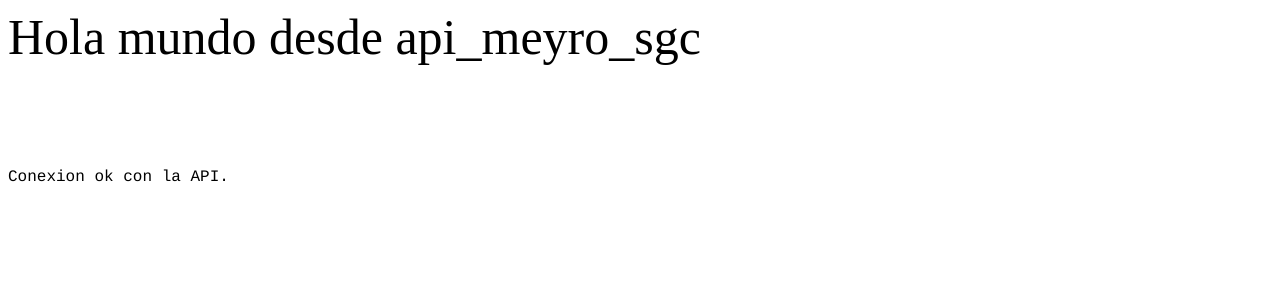
Repository: danieldebrito/api_meyro_sgc
Page: http://localhost/app/index.php
The author's editor kept a copy of each file at every save. The page is drawn from the files as they stood at one save, then again after the next save.
The browser window is 1280 px wide. The pictures show the whole page.
The page is run by PHP 8.4 with error messages shown; the project is at /var/www/html/.

Above is the page before, as saved 2019-08-30 11:35:33.

After the next save:
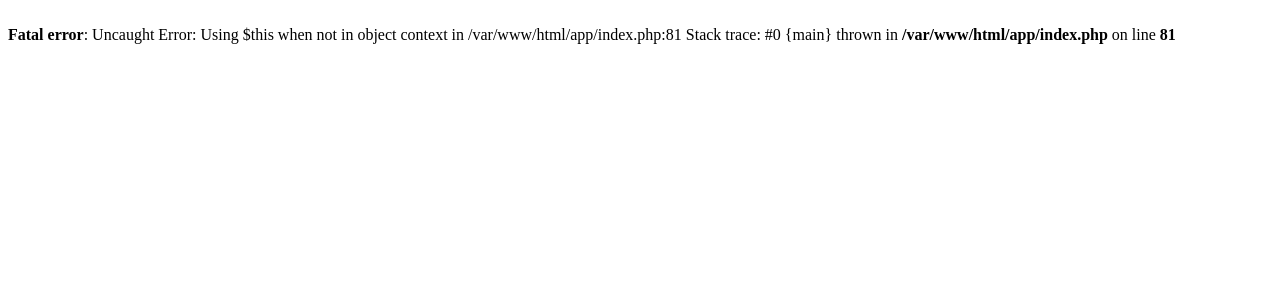
Saved 36 min 19 s later.
--- a/app/index.php
+++ b/app/index.php
@@ -78,4 +78,17 @@
           ->withHeader('Access-Control-Allow-Methods', 'GET, POST, PUT, DELETE, PATCH, OPTIONS');
 });
 
+if($this->request->is("options")){
+
+  $this->response->header('Access-Control-Allow-Origin','http://localhost:4200');
+  $this->response->header('Access-Control-Allow-Methods','*');
+  $this->response->header('Access-Control-Allow-Credentials', 'true');
+
+  $this->response->header('Access-Control-Allow-Headers','Content-Type, Authorization');
+
+  $this->response->send();
+
+  $this->_stop();
+}
+
 $app->run();

After the save that followed:
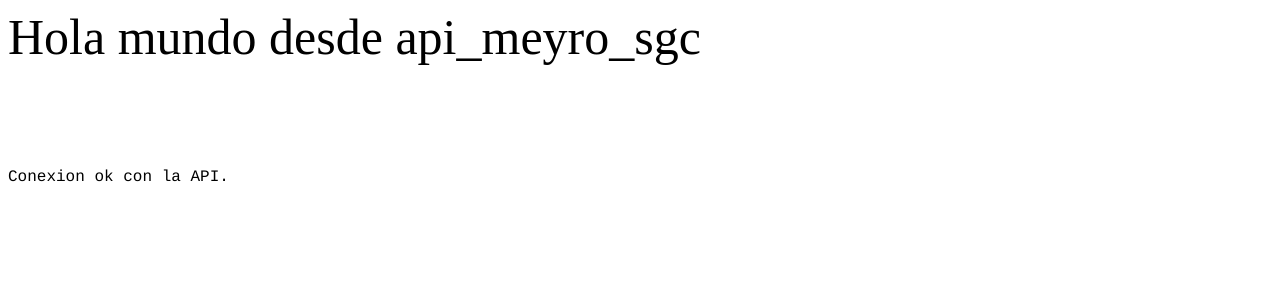
Saved 34 s later.
--- a/app/index.php
+++ b/app/index.php
@@ -78,17 +78,5 @@
           ->withHeader('Access-Control-Allow-Methods', 'GET, POST, PUT, DELETE, PATCH, OPTIONS');
 });
 
-if($this->request->is("options")){
-
-  $this->response->header('Access-Control-Allow-Origin','http://localhost:4200');
-  $this->response->header('Access-Control-Allow-Methods','*');
-  $this->response->header('Access-Control-Allow-Credentials', 'true');
-
-  $this->response->header('Access-Control-Allow-Headers','Content-Type, Authorization');
-
-  $this->response->send();
-
-  $this->_stop();
-}
 
 $app->run();
